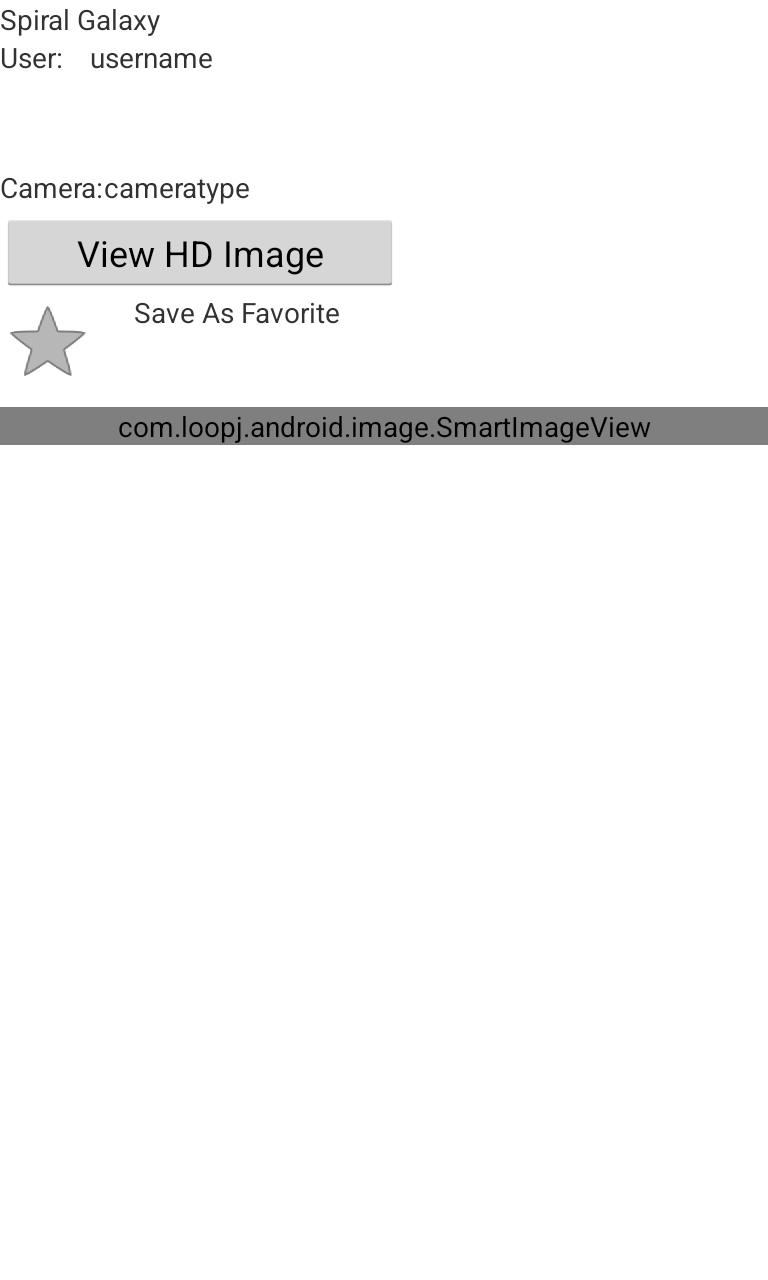
Repository: arianaantonio/Java2_Antonio
Layout: SpaceImageViewer/res/layout/details_activity.xml
An editor plug-in stored every save of this project. The layout is shown before and after the next save, followed by the edit.
Pictures or frames that could not be fetched are drawn as grey boxes. It is drawn on a 768 x 1280 px phone screen (xhdpi) without system bars, with theme AppTheme; the app's code is not run.

Above is the layout before, as saved 2014-07-17 08:27:46.

After the next save:
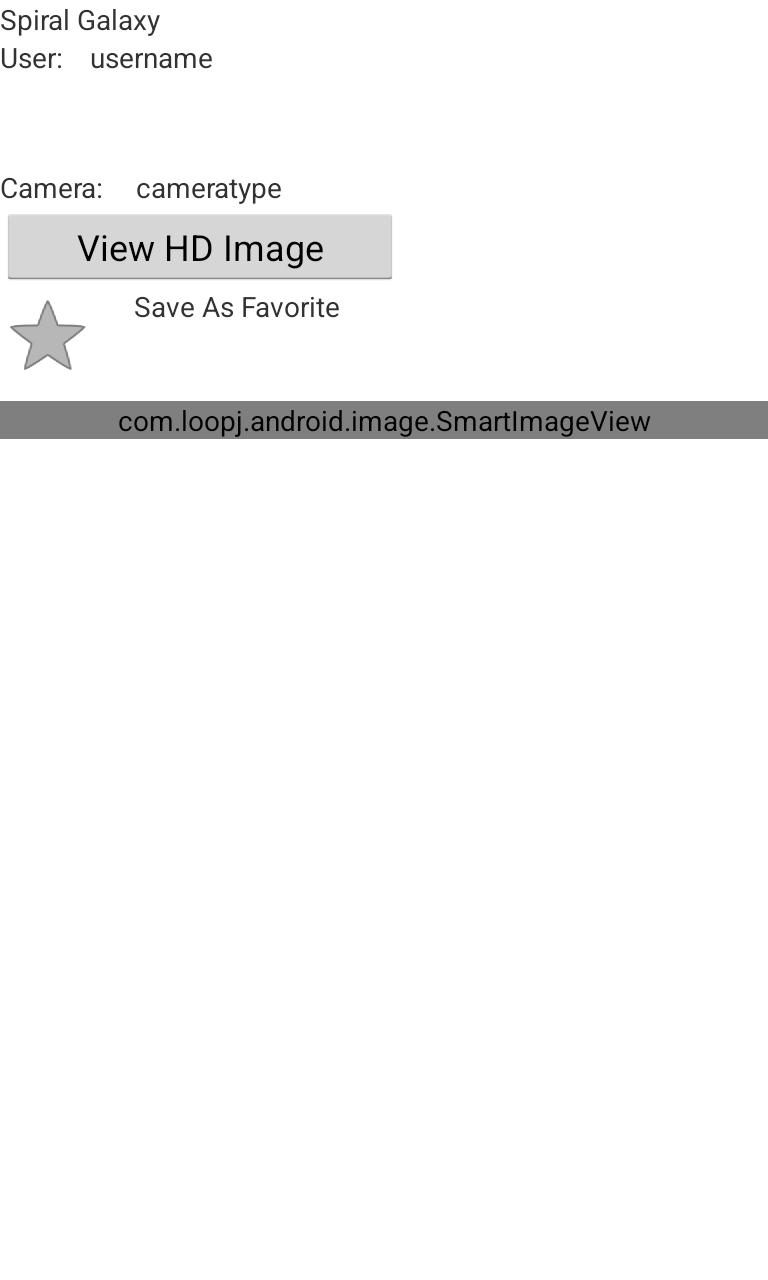
Saved 2 min 15 s later.
--- a/SpaceImageViewer/res/layout/details_activity.xml
+++ b/SpaceImageViewer/res/layout/details_activity.xml
@@ -36,8 +36,8 @@
 
     <LinearLayout
         android:id="@+id/linearLayout2"
-        android:layout_width="144dp"
-        android:layout_height="22dp"
+        android:layout_width="287dp"
+        android:layout_height="wrap_content"
         android:layout_marginTop="43dp"
         android:orientation="horizontal" >
 
@@ -45,12 +45,14 @@
             android:id="@+id/camera"
             android:layout_width="wrap_content"
             android:layout_height="wrap_content"
+            android:layout_weight="0.88"
             android:text="@string/cameraString" />
 
         <TextView
             android:id="@+id/cameraType"
             android:layout_width="wrap_content"
             android:layout_height="wrap_content"
+            android:layout_weight="7.80"
             android:text="cameratype" />
     </LinearLayout>
 
@@ -86,9 +88,10 @@
             android:text="@string/favorite" />
     </LinearLayout>
 
-	<com.loopj.android.image.SmartImageView
+    <com.loopj.android.image.SmartImageView
         android:id="@+id/my_image"
         android:layout_width="match_parent"
         android:layout_height="wrap_content"
         android:visibility="visible" />
+
 </LinearLayout>
